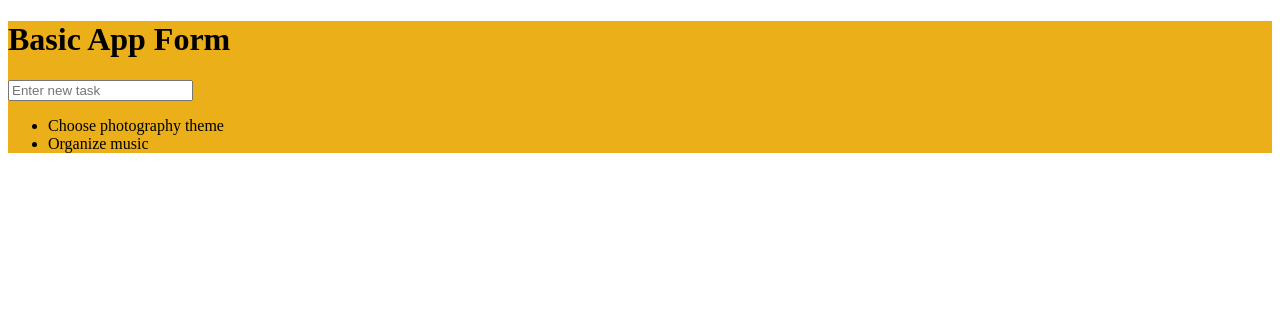
Repository: Kayla-amr/dgm_3760
Page: todoTemplate-W2/index.html
These files come from the project's save history. The page is drawn as it stood at one moment and after the next save; the edit follows.
The browser window is 1280 px wide. The pictures show the whole page.

Above is the page before, as saved 2022-10-17 10:51:35.

After the next save:
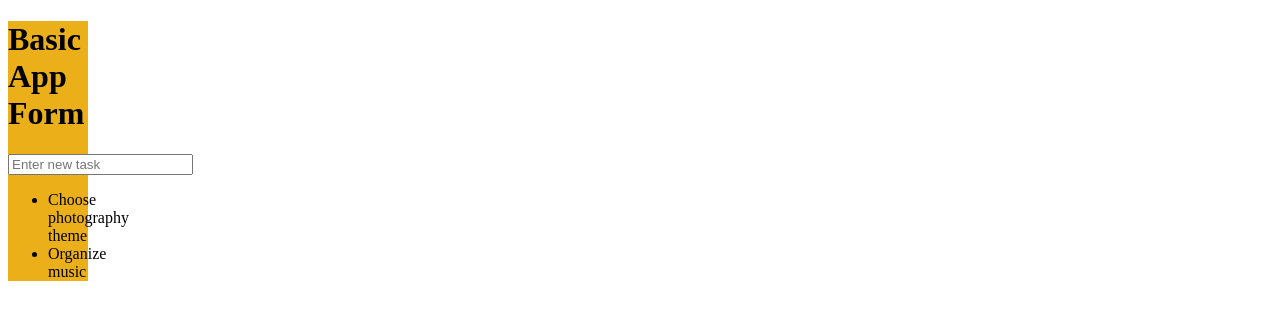
Saved 6 s later.
--- a/todoTemplate-W2/styles.css
+++ b/todoTemplate-W2/styles.css
@@ -1,4 +1,4 @@
 .taskForm{
     background-color: #eaaf19;
-    width: ;
+    width: 5rem;
 }
